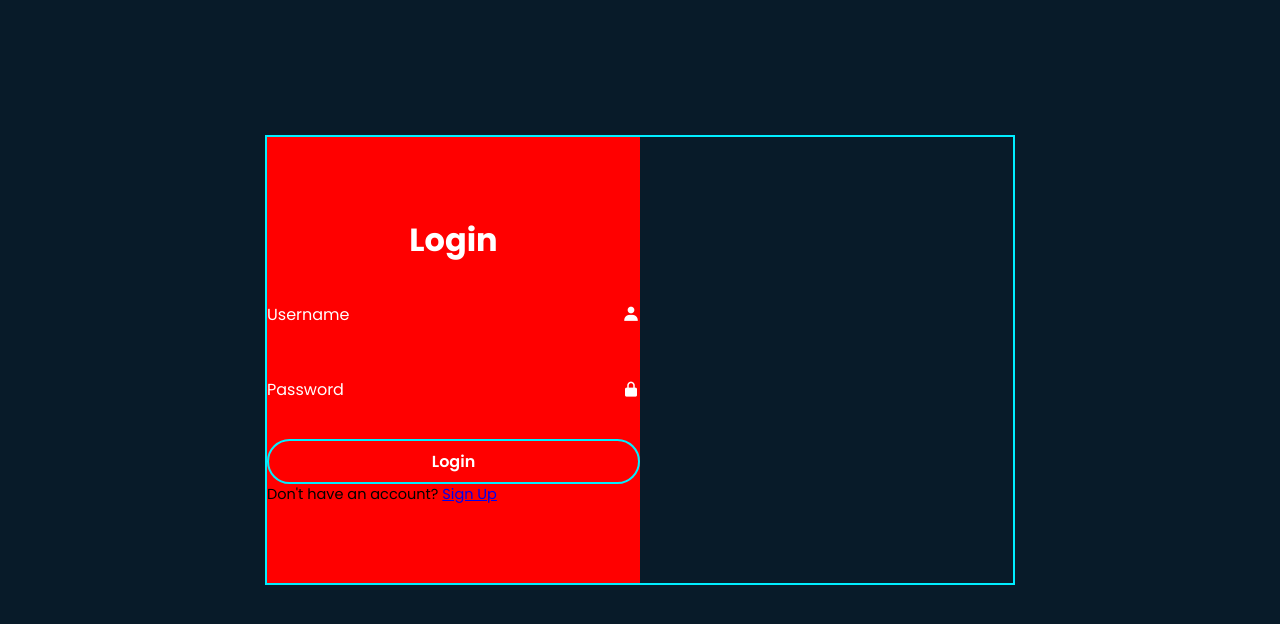
Repository: swastikjhacoder/Login-Registration-HTML
Page: index.html
The author's editor kept a copy of each file at every save. The page is drawn from the files as they stood at one save, then again after a run of saves.
The browser window is 1280 px wide. The pictures show the whole page.

Above is the page before, as saved 2023-09-18 14:41:01.
Not found: js/toastify.js

After the next 4 saves:
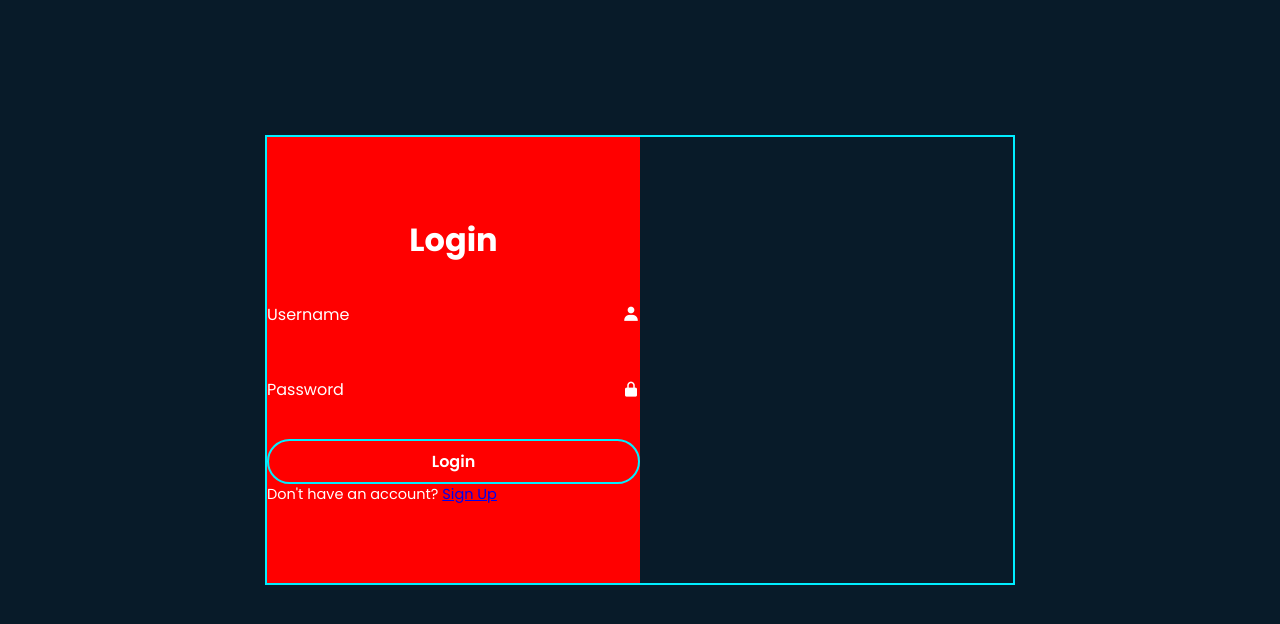
The 4 saves are shown as one change because they came seconds apart.
The last was saved 14 s later.
--- a/style.css
+++ b/style.css
@@ -91,5 +91,6 @@ body {
 
 .form-box .logreg-link {
     font-size: 14.5px;
-
+    color: #fff;
+    text
 }
